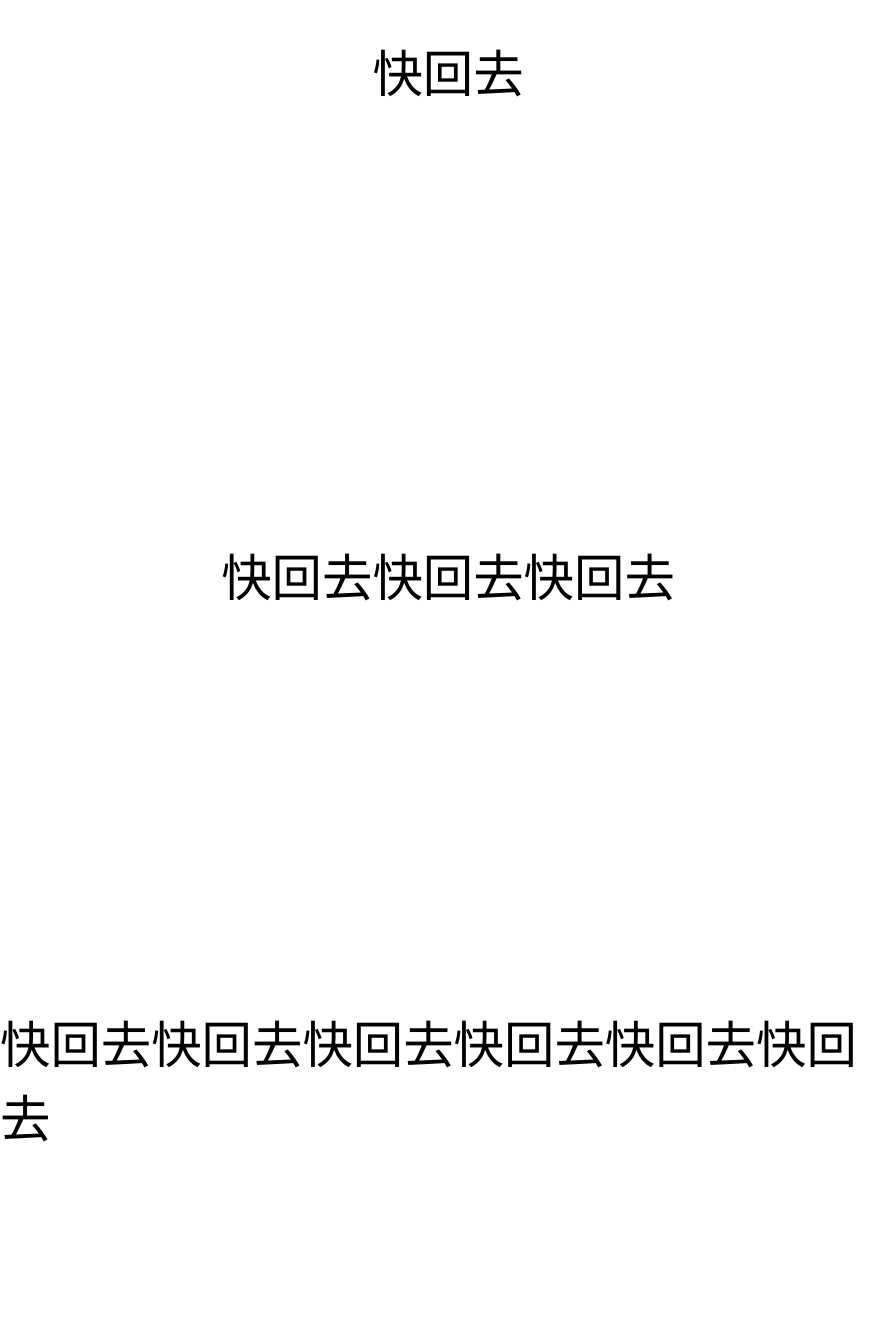
Repository: PUYIXIU/CSSMagic
Page: Animation/ScrollDrivenAnimation/index.html
These files come from the project's save history. The page is drawn as it stood at one moment and after the next save; the edit follows.
The browser window is 1280 px wide. The pictures show the part of the page from y = 4580 to 6500 px (the page is 11520 px tall before and 12264 px after), at 70% of full size.
Some web fonts or font styles are not loaded; a fallback is used.

Above is the page before, as saved 2024-09-03 10:42:33.

After the next save:
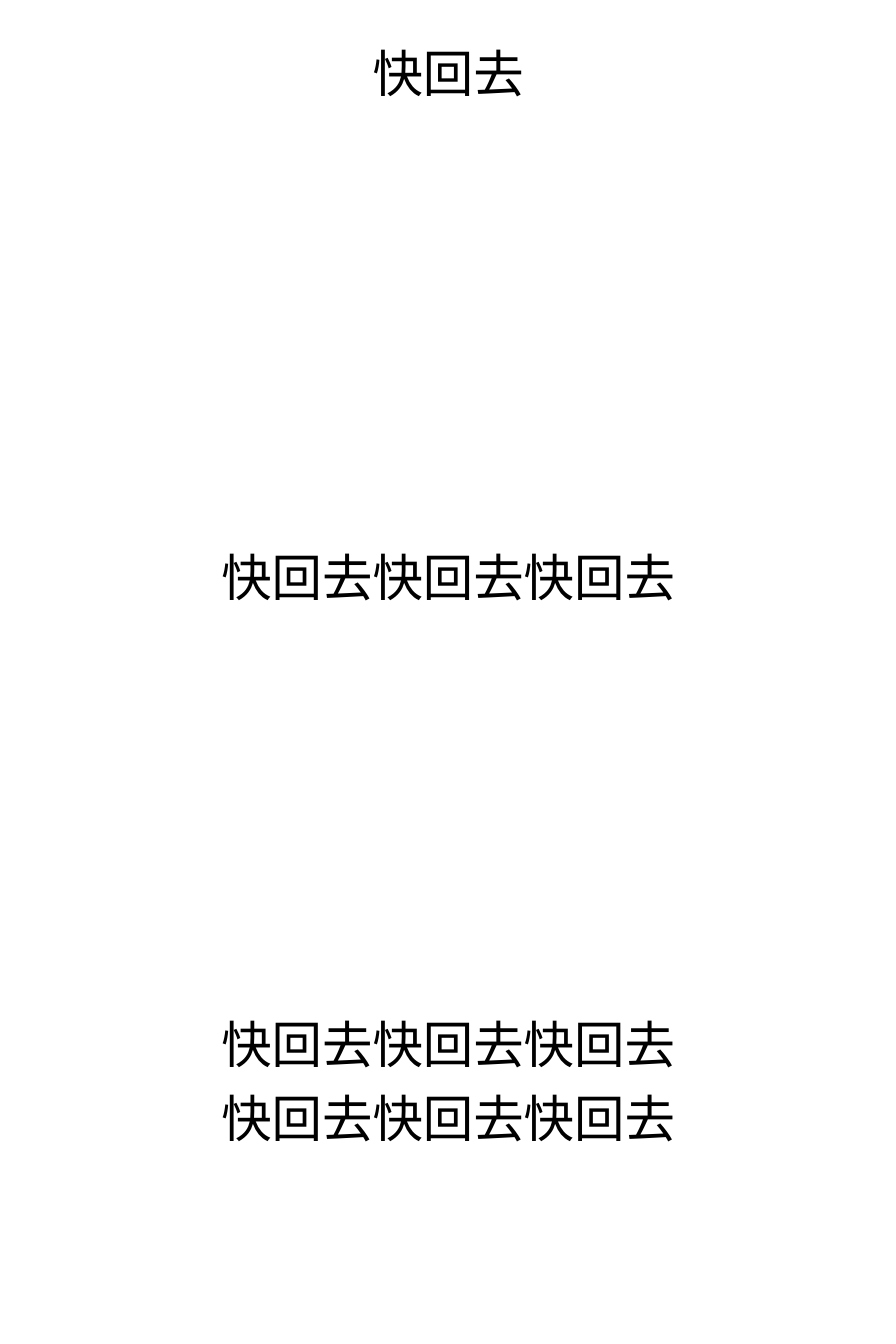
Saved 20 s later.
--- a/Animation/ScrollDrivenAnimation/index.html
+++ b/Animation/ScrollDrivenAnimation/index.html
@@ -38,7 +38,8 @@
     <div class="kanban">不要下拉</div>
     <div class="kanban">快回去</div>
     <div class="kanban">快回去快回去快回去</div>
-    <div class="kanban">快回去快回去快回去快回去快回去快回去</div>
+    <div class="kanban">快回去快回去快回去<br/>快回去快回去快回去</div>
+    <div class="kanban">快回去快回去快回去<br/>快回去快回去快回去<br/></div>快回去快回去快回去</div>
     <div class="kanban">。。。</div>
     <div class="kanban">。。。。。。</div>
     <div class="kanban">为什么不听劝呢</div>
